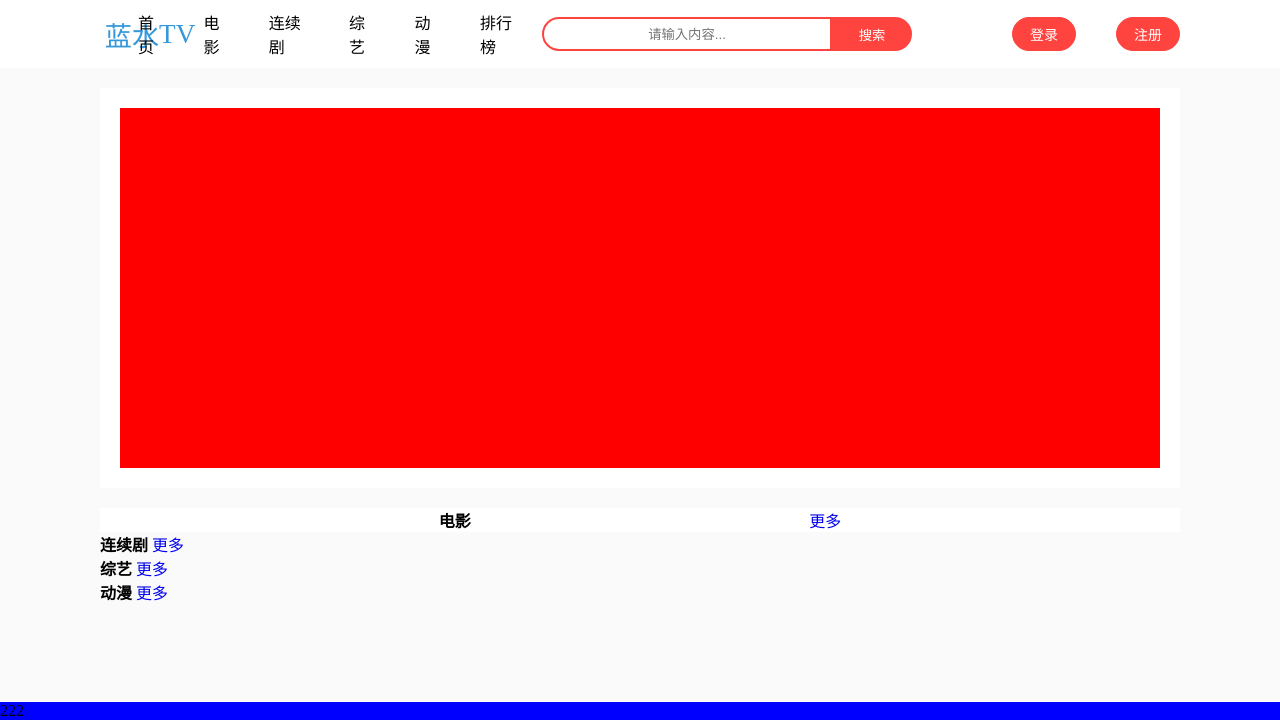
Repository: 842992406/blueWaterTV
Page: index.html
The author's editor kept a copy of each file at every save. The page is drawn from the files as they stood at one save, then again after a run of saves.
The browser window is 1280 px wide. The pictures show the whole page.

Above is the page before, as saved 2022-05-05 19:11:56.

After the next 2 saves:
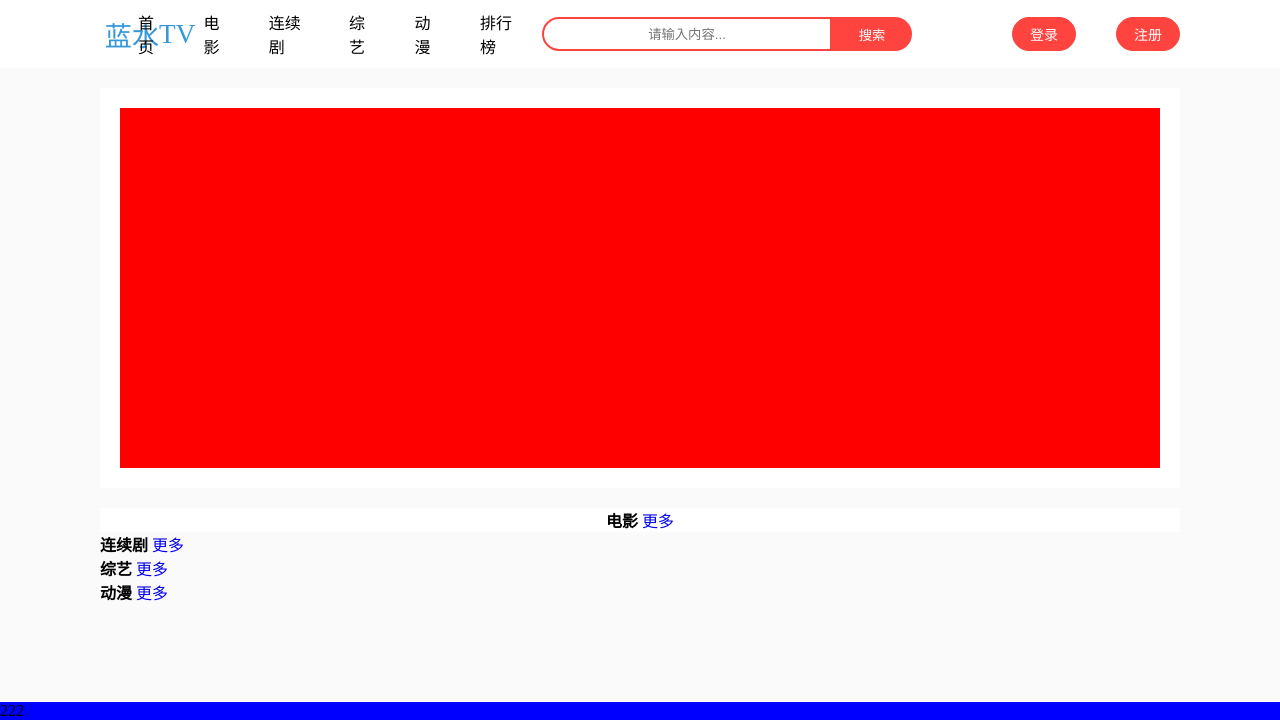
The 2 saves are shown as one change because they came seconds apart.
The last was saved 71 s later.
--- a/index.html
+++ b/index.html
@@ -48,8 +48,10 @@
       <!-- 轮播图 -->
       <div class="map"></div>
       <div class="movie">
-        <strong>电影</strong>
-        <a href="#">更多</a>
+        <div>
+          <strong>电影</strong>
+          <a href="#">更多</a>
+        </div>
       </div>
       <div class="sitcom">
         <strong>连续剧</strong>
